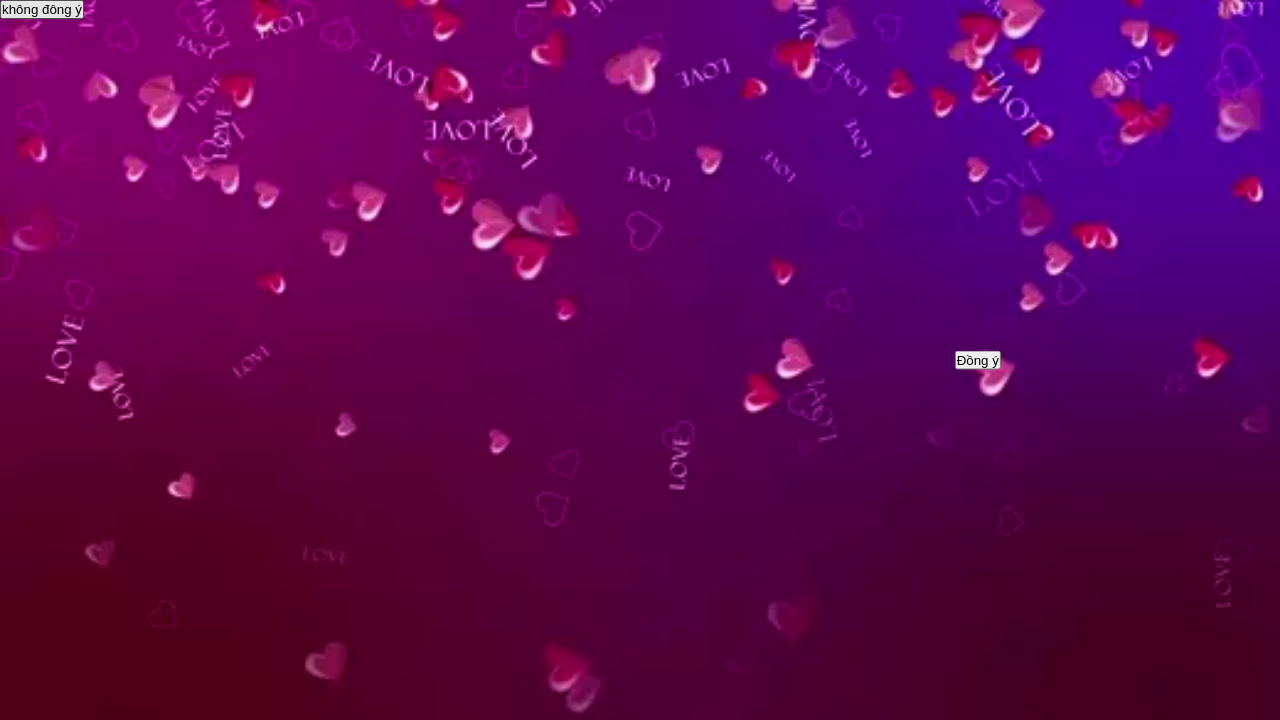
Repository: kuluong2000/love
Page: index.html
The author's editor kept a copy of each file at every save. The page is drawn from the files as they stood at one save, then again after the next save.
The browser window is 1280 px wide. The pictures show the whole page.

Above is the page before, as saved 2022-06-04 21:43:49.

After the next save:
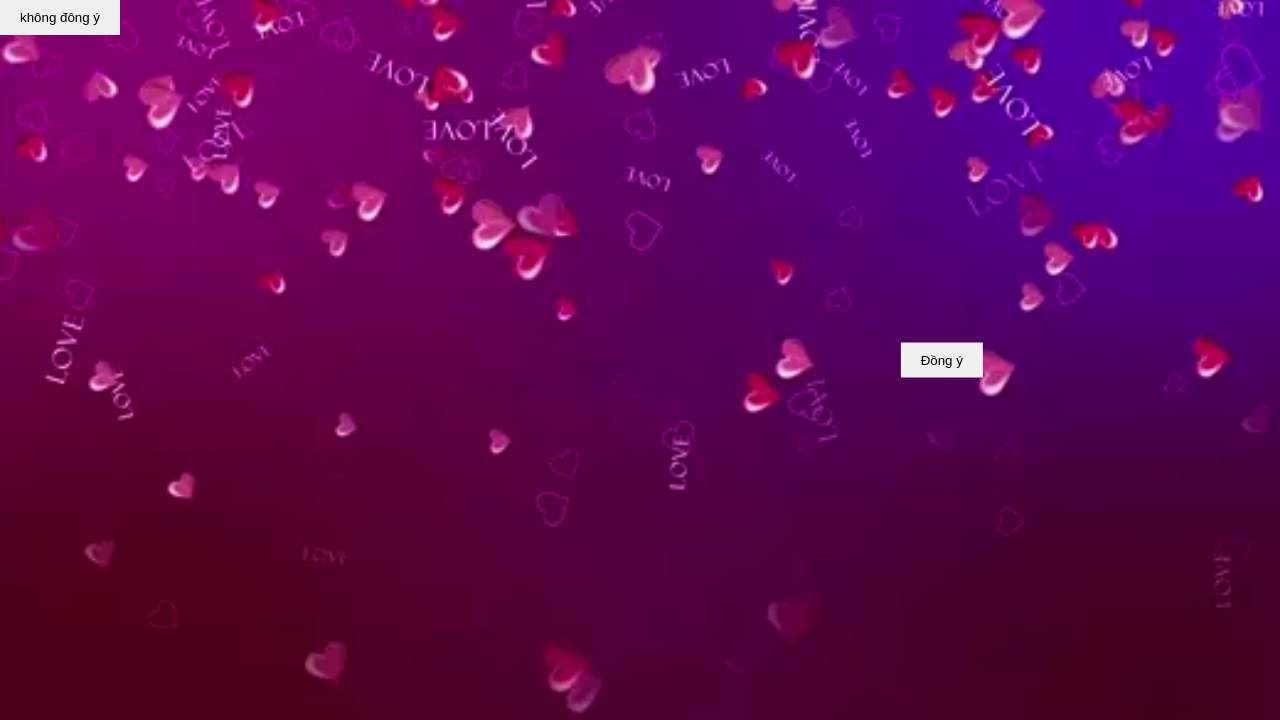
Saved 35 s later.
--- a/app.css
+++ b/app.css
@@ -9,8 +9,14 @@
   height: 100vh;
   background: url("./image/bg.webp") no-repeat center / cover;
 }
+.btn {
+  position: absolute;
+  border: none;
+  outline: none;
+  cursor: pointer;
+  padding: 10px 20px;
+}
 .love-success {
-  position: absolute;
   right: 20%;
   top: 50%;
   transform: translate(-50%, -50%);
